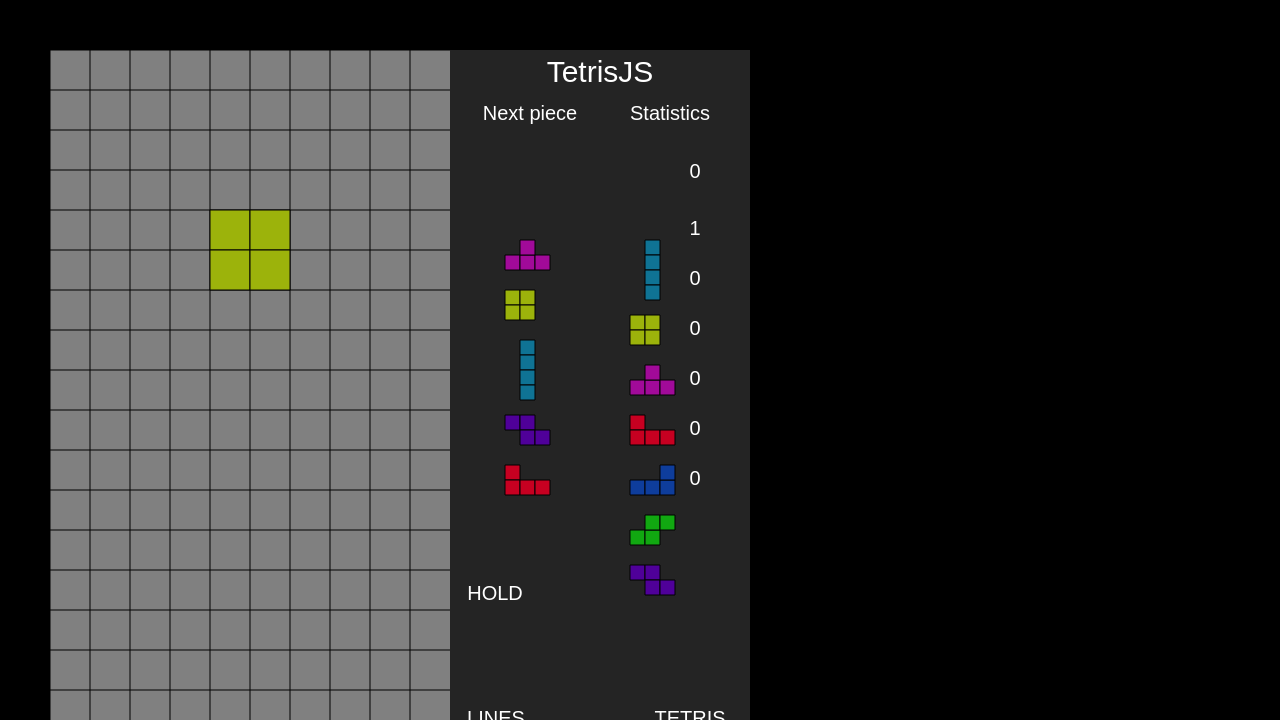
Repository: hosua/TetrisJS
Page: index.html
An editor plug-in stored every save of this project. The page is shown before and after the next save, followed by the edit.
The browser window is 1280 px wide. The pictures show the whole page.

Above is the page before, as saved 2023-11-08 04:43:36.
Console error: ReferenceError: prev_fall_tick is not defined

After the next save:
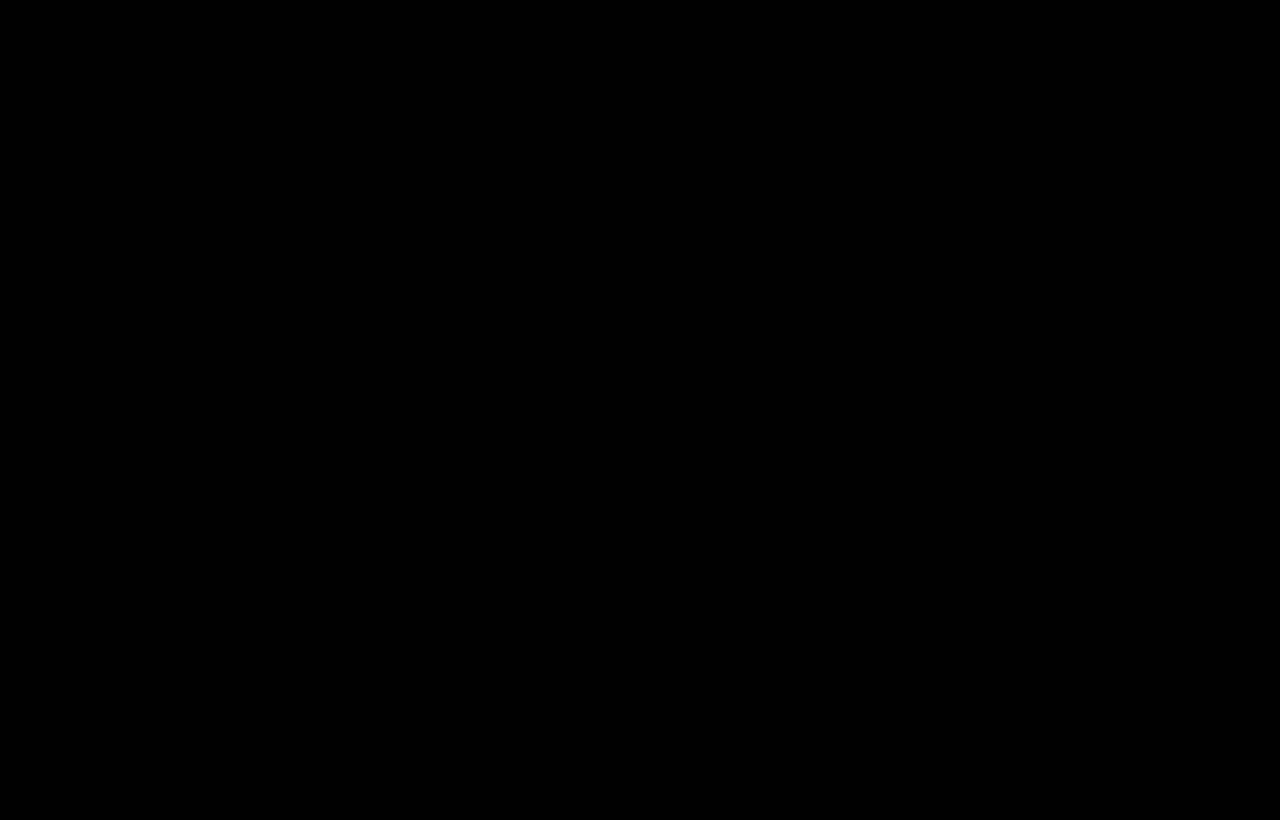
Console error: SyntaxError: Unexpected token '{'
Saved 48 s later.
--- a/src/main.js
+++ b/src/main.js
@@ -45,28 +45,25 @@
 			prev_frame = curr_time - (delta_frame_ms % interval)
 			const delta_fall_tick_ms = curr_time - prev_fall_tick;
 
-			if (delta_fall_tick_ms > tetris.fall_tick) {
-				prev_fall_tick = curr_time - (delta_fall_tick_ms % tetris.fall_tick)
-				is_falling = tetronimo.fall(tetris, curr_time, delta_fall_tick_ms);
-				if (!is_falling) {
-					tetris.held_this_turn = false;
-					let lines_cleared_this_turn = tetris.clear_lines();
-					if (lines_cleared_this_turn > 0) {
-						tetris.score_keeper(lines_cleared_this_turn);
-					}
+			if (!tetronimo.fall(tetris, curr_time, delta_fall_tick_ms){
+				tetris.held_this_turn = false;
+				let lines_cleared_this_turn = tetris.clear_lines();
+				if (lines_cleared_this_turn > 0) {
+					tetris.score_keeper(lines_cleared_this_turn);
 				}
-				gfx.draw_all_game_elements(tetris.grid, tetronimo);
 			}
-			if (!is_falling) {
-				// grab a piece from queue and spawn a new one
-				tetronimo = tetris.get_next_piece();
-			}
+			gfx.draw_all_game_elements(tetris.grid, tetronimo);
 		}
-	} else {
-		gfx = new GFX();
-		tetris = new Tetris();
+		if (!is_falling) {
+			// grab a piece from queue and spawn a new one
+			tetronimo = tetris.get_next_piece();
+		}
 	}
-	requestAnimationFrame(game_loop)
+} else {
+	gfx = new GFX();
+	tetris = new Tetris();
+}
+requestAnimationFrame(game_loop)
 }
 gfx.draw_all_game_elements(tetris.grid, tetronimo);
 gfx.draw_ui_all(tetris);

After the 2 saves that followed:
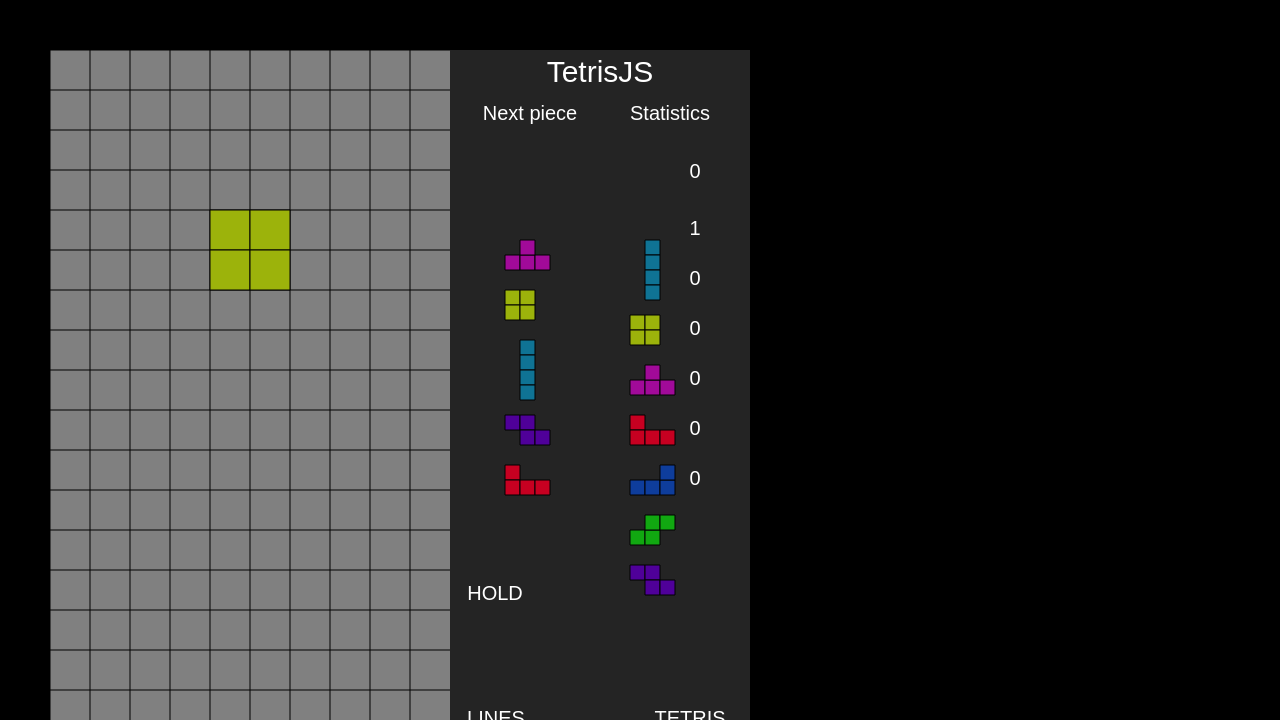
Console error: ReferenceError: prev_fall_tick is not defined
The 2 saves are shown as one change because 1 left the picture as it was.
The last was saved 32 s later.
--- a/src/main.js
+++ b/src/main.js
@@ -45,7 +45,7 @@
 			prev_frame = curr_time - (delta_frame_ms % interval)
 			const delta_fall_tick_ms = curr_time - prev_fall_tick;
 
-			if (!tetronimo.fall(tetris, curr_time, delta_fall_tick_ms){
+			if (!tetronimo.fall(tetris, curr_time, delta_fall_tick_ms)) {
 				tetris.held_this_turn = false;
 				let lines_cleared_this_turn = tetris.clear_lines();
 				if (lines_cleared_this_turn > 0) {
@@ -58,12 +58,11 @@
 			// grab a piece from queue and spawn a new one
 			tetronimo = tetris.get_next_piece();
 		}
+	} else {
+		gfx = new GFX();
+		tetris = new Tetris();
 	}
-} else {
-	gfx = new GFX();
-	tetris = new Tetris();
-}
-requestAnimationFrame(game_loop)
+	requestAnimationFrame(game_loop)
 }
 gfx.draw_all_game_elements(tetris.grid, tetronimo);
 gfx.draw_ui_all(tetris);
